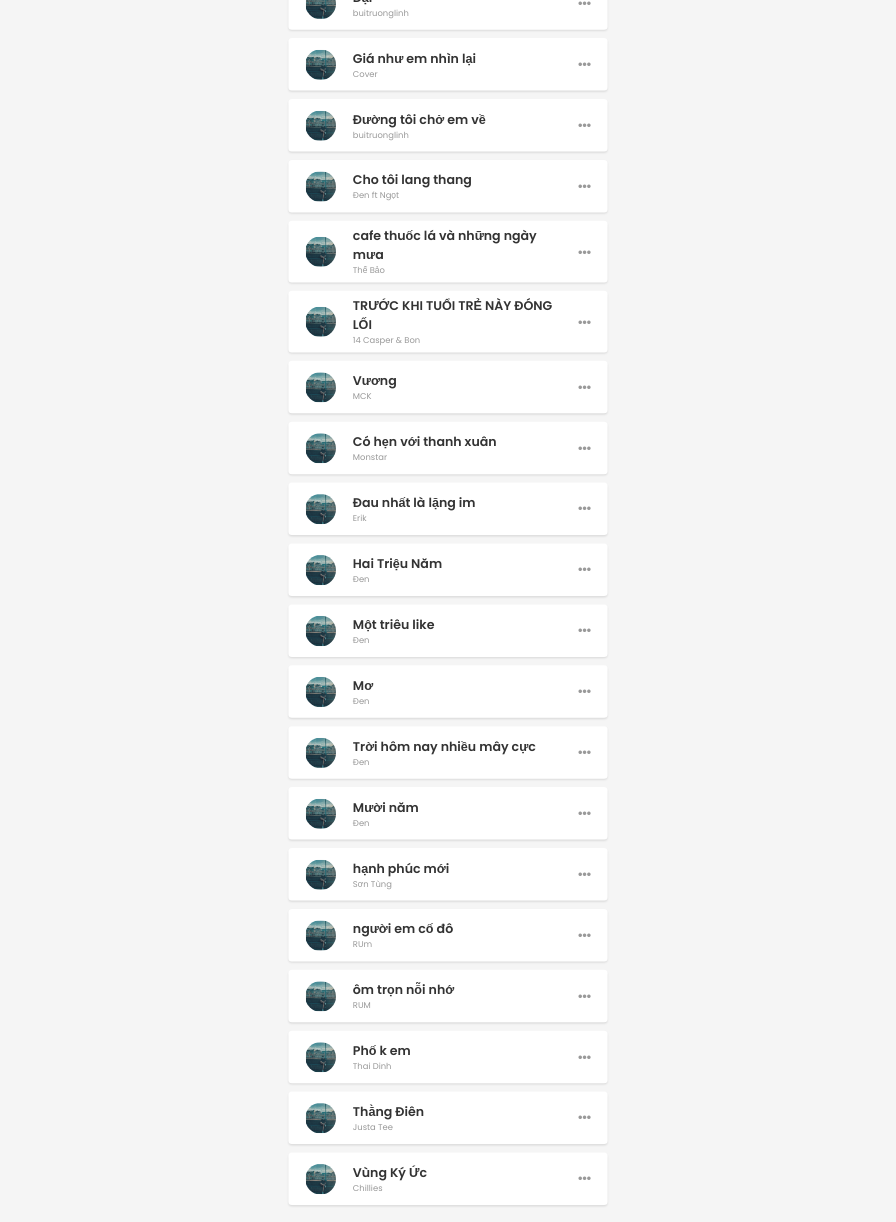
Repository: lt-chinh098406/BIn-Music
Page: index.html
These files come from the project's save history. The page is drawn as it stood at one moment and after the next save; the edit follows.
The browser window is 1280 px wide. The pictures show the part of the page from y = 1148 to 3068 px (the page is 2894 px tall before and 3068 px after), at 70% of full size.

Above is the page before, as saved 2022-03-20 13:53:28.

### index.html
<!DOCTYPE html>
<html lang="en">
  <head>
    <meta charset="UTF-8" />
    <meta http-equiv="X-UA-Compatible" content="IE=edge" />
    <meta name="viewport" content="width=device-width, initial-scale=1.0" />
    <title>Music player</title>
    <link
      rel="stylesheet"
      href="https://cdnjs.cloudflare.com/ajax/libs/font-awesome/5.15.2/css/all.min.css"
      integrity="sha512-HK5fgLBL+xu6dm/Ii3z4xhlSUyZgTT9tuc/hSrtw6uzJOvgRr2a9jyxxT1ely+B+xFAmJKVSTbpM/CuL7qxO8w=="
      crossorigin="anonymous"
    />
    <link rel="preconnect" href="https://fonts.gstatic.com" />
    <link
      href="https://fonts.googleapis.com/css2?family=Poppins:wght@300;400;600&display=swap"
      rel="stylesheet"
    />
    <link rel="stylesheet" href="./assets/main.css" />
  </head>
  <body>
    <body>
      <div class="player">
        <!-- Dashboard -->
        <div class="dashboard">
          <!-- Header -->
          <header>
            <h4>Now playing:</h4>
            <h2>String 57th & 9th</h2>
          </header>

          <!-- CD -->
          <div class="cd">
            <div class="cd-thumb"></div>
          </div>

          <!-- Control -->
          <div class="control">
            <div class="btn btn-repeat">
              <i class="fas fa-redo"></i>
            </div>
            <div class="btn btn-prev">
              <i class="fas fa-step-backward"></i>
            </div>
            <div class="btn btn-toggle-play">
              <i class="fas fa-pause icon-pause"></i>
              <i class="fas fa-play icon-play"></i>
            </div>
            <div class="btn btn-next">
              <i class="fas fa-step-forward"></i>
            </div>
            <div class="btn btn-random">
              <i class="fas fa-random"></i>
            </div>
          </div>

          <input
            id="progress"
            class="progress"
            type="range"
            value="0"
            step="1"
            min="0"
            max="100"
          />

          <audio id="audio" src=""></audio>
        </div>

        <!-- Playlist -->
        <div class="playlist"></div>
      </div>

      <script src="./main.js"></script>
    </body>
  </body>
</html>

### assets/main.css
:root {
  --primary-color: #ec1f55;
  --text-color: #333;
}

* {
  padding: 0;
  margin: 0;
  box-sizing: inherit;
}

body {
  background-color: #f5f5f5;
}

html {
  box-sizing: border-box;
  font-family: "Poppins", sans-serif;
}

.player {
  position: relative;
  max-width: 480px;
  margin: 0 auto;
}

.player .icon-pause {
  display: none;
}

.player.playing .icon-pause {
  display: inline-block;
}

.player.playing .icon-play {
  display: none;
}

.dashboard {
  padding: 16px 16px 14px;
  background-color: #fff;
  position: fixed;
  top: 0;
  width: 100%;
  max-width: 480px;
  border-bottom: 1px solid #ebebeb;
}

/* HEADER */
header {
  text-align: center;
  margin-bottom: 10px;
}

header h4 {
  color: var(--primary-color);
  font-size: 12px;
}

header h2 {
  font-size: 20px;
  background-image: linear-gradient(to right, #f47999, #a5163b);
  color: transparent;
  -webkit-background-clip: text;
}

/* CD */
.cd {
  display: flex;
  margin: auto;
  width: 200px;
}

.cd-thumb {
  width: 100%;
  padding-top: 100%;
  border-radius: 50%;
  background-color: #333;
  background-size: cover;
  margin: auto;
}

/* CONTROL */
.control {
  display: flex;
  align-items: center;
  justify-content: space-around;
  padding: 18px 0 8px 0;
}

.control .btn {
  color: #666;
  padding: 18px;
  font-size: 18px;
  cursor: pointer;
}

.control .btn.active {
  color: var(--primary-color);
}

.control .btn-toggle-play {
  width: 56px;
  height: 56px;
  border-radius: 50%;
  font-size: 24px;
  color: #fff;
  display: flex;
  align-items: center;
  justify-content: center;
  background-color: var(--primary-color);
}

.progress {
  width: 100%;
  -webkit-appearance: none;
  height: 6px;
  background: #d3d3d3;
  outline: none;
  opacity: 0.7;
  -webkit-transition: 0.2s;
  transition: opacity 0.2s;
  cursor: pointer;
}

.progress::-webkit-slider-thumb {
  -webkit-appearance: none;
  appearance: none;
  background-color: var(--primary-color);
  cursor: pointer;
  height: 16px;
  width: 16px;
  border-radius: 100%;
  border: none;
  outline: none;
  z-index: 9;
  position: relative;
}

/* PLAYLIST */
.playlist {
  margin-top: 408px;
  padding: 12px;
}

.song {
  display: flex;
  align-items: center;
  margin-bottom: 12px;
  background-color: #fff;
  padding: 8px 16px;
  border-radius: 5px;
  box-shadow: 0 2px 3px rgba(0, 0, 0, 0.1);
  cursor: pointer;
}

.song.active {
  background-color: var(--primary-color);
}

.song:active {
  opacity: 0.8;
}

.song.active .option,
.song.active .author,
.song.active .title {
  color: #fff;
}

.song .thumb {
  width: 44px;
  height: 44px;
  border-radius: 50%;
  background-size: cover;
  margin: 0 8px;
}

.song .body {
  flex: 1;
  padding: 0 16px;
}

.song .title {
  font-size: 18px;
  color: var(--text-color);
}

.song .author {
  font-size: 12px;
  color: #999;
}

.song .option {
  padding: 16px 8px;
  color: #999;
  font-size: 18px;
}

### main.js
const $ = document.querySelector.bind(document);
const $$ = document.querySelectorAll.bind(document);

const player = $(".player");
const heading = $("header h2");
const cdThumb = $(".cd-thumb");
const audio = $("#audio");
const cd = $(".cd");
const playBtn = $(".btn-toggle-play");
const progress = $("#progress");
const nextBtn = $(".btn-next");
const prevBtn = $(".btn-prev");
const randomBtn = $(".btn-random");
const repeatBtn = $(".btn-repeat");
const playlist = $(".playlist");

const app = {
  currentIndex: 0,
  isPlaying: false,

  songs: [
    {
      name: "'bao tiền một mớ bình yên?'",
      singer: "14 Casper & Bon",
      path: "./assets/music/'bao tiền một mớ bình yên-' - 14 Casper & Bon (Official).mp3",
      image: "./assets/img/5.jpg",
    },
    {
      name: "Chìm Sâu",
      singer: "MCK ft Trung Trần",
      path: "./assets/music/Chìm Sâu - RPT MCK (feat. Trung Trần) - Official Lyrics Video.mp3",
      image: "./assets/img/5.jpg",
    },
    {
      name: "Dịu Dàng Em Đến",
      singer: "Erik",
      path: "./assets/music/Dịu Dàng Em Đến - ERIK x Ryan「Lo - Fi Version by 1 9 6 7」- Official Music Video.mp3",
      image: "./assets/img/5.jpg",
    },
    {
      name: "Dù Cho Mai Về Sau",
      singer: "buitruonglinh",
      path: "./assets/music/Dù Cho Mai Về Sau (Acoustic Version) - buitruonglinh.mp3",
      image: "./assets/img/5.jpg",
    },
    {
      name: "Không Tên",
      singer: "MCK",
      path: "./assets/music/Không Tên -- MCK a.k.a Nger -- Official Lyrics Video.mp3",
      image: "./assets/img/5.jpg",
    },
    {
      name: "Mình Anh Nơi Này",
      singer: "Rum, Nit",
      path: "./assets/music/Mình Anh Nơi Này (Lofi Ver.) - Nit x Sing x Freak D.mp3",
      image: "./assets/img/5.jpg",
    },
    {
      name: "Một mình ta",
      singer: "buitruonglinh",
      path: "./assets/music/Một Mình Ta - buitruonglinh - Lyrics Video -.mp3",
      image: "./assets/img/5.jpg",
    },
    {
      name: "Ngày Đầu Tiên",
      singer: "Đức Phúc",
      path: "./assets/music/Ngày Đầu Tiên (Lofi Ver.) - Đức Phúc x Freak D.mp3",
      image: "./assets/img/5.jpg",
    },
    {
      name: "Dại",
      singer: "buitruonglinh",
      path: "./assets/music/Dại- buitruonglinh ft Tuyên (Lyrics).mp3",
      image: "./assets/img/5.jpg",
    },
    {
      name: "Giá như em nhìn lại",
      singer: "Cover",
      path: "./assets/music/GIÁ NHƯ EM NHÌN LẠI - JSOL x VIRUSS - Cover- Chương Chu.mp3",
      image: "./assets/img/5.jpg",
    },
    {
      name: "Đường tôi chở em về",
      singer: "buitruonglinh",
      path: "./assets/music/LIVE OUTDOOR - buitruonglinh live - Đường Tôi Chở Em Về - #4.mp3",
      image: "./assets/img/5.jpg",
    },
    {
      name: "Cho tôi lang thang",
      singer: "Đen ft Ngọt",
      path: "./assets/music/Ngọt vc. Đen - Cho Tôi Lang Thang.mp3",
      image: "./assets/img/5.jpg",
    },
    {
      name: "cafe thuốc lá và những ngày mưa",
      singer: "Thế Bảo",
      path: "./assets/music/Thế Bảo - Cafe, Thuốc Lá & Những Ngày Vui (Official Lyric Video).mp3",
      image: "./assets/img/5.jpg",
    },
    {
      name: "TRƯỚC KHI TUỔI TRẺ NÀY ĐÓNG LỐI",
      singer: "14 Casper & Bon",
      path: "./assets/music/TRƯỚC KHI TUỔI TRẺ NÀY ĐÓNG LỐI - Ngắn x Xám x Dick - -Đà Lạt- Ep3 ( Directed by Nguyễn Nhật Trung ).mp3",
      image: "./assets/img/5.jpg",
    },
    {
      name: "Vương",
      singer: "MCK",
      path: "./assets/music/Và nếu nắng gió có cuốn em đi, như là lời hứa... - Vương - MCK a.k.a Nger「 Lyric video 」.mp3",
      image: "./assets/img/5.jpg",
    },
    {
      name: "Có hẹn với thanh xuân",
      singer: "Monstar",
      path: "./assets/music/Có Hẹn Với Thanh Xuân - Monstar x Ryan「Lo - Fi Ver. by 1 9 6 7」- Audio Lyrics.mp3",
      image: "./assets/img/5.jpg",
    },
    {
      name: "Đau nhất là lặng im",
      singer: "Erik",
      path: "./assets/music/Đau Nhất Là Lặng Im - Erik x Zeaplee「Lofi Version by 1 9 6 7」- Audio Lyrics Video.mp3",
      image: "./assets/img/5.jpg",
    },
    {
      name: "Hai Triệu Năm",
      singer: "Đen",
      path: "./assets/music/Đen - hai triệu năm ft. Biên (m-v).mp3",
      image: "./assets/img/5.jpg",
    },
    {
      name: "Một triêu like",
      singer: "Đen",
      path: "./assets/music/Đen - một triệu like ft. Thành Đồng (M-V).mp3",
      image: "./assets/img/5.jpg",
    },
    {
      name: "Mơ",
      singer: "Đen",
      path: "./assets/music/Đen - Mơ ft. Hậu Vi (Prod. River Beats) [M-V].mp3",
      image: "./assets/img/5.jpg",
    },
    {
      name: "Trời hôm nay nhiều mây cực",
      singer: "Đen",
      path: "./assets/music/Đen - Trời hôm nay nhiều mây cực! (M-V).mp3",
      image: "./assets/img/5.jpg",
    },
    {
      name: "Mười năm",
      singer: "Đen",
      path: "./assets/music/Đen - Mười Năm ft. Ngọc Linh (M-V) (Lộn Xộn 3).mp3",
      image: "./assets/img/5.jpg",
    },
    {
      name: "hạnh phúc mới",
      singer: "Sơn Tùng",
      path: "./assets/music/Hạnh Phúc Mới (Cover) - Sơn Tùng M-TP x TUYENVU「Lo - Fi Version by 1 9 6 7」- Audio Lyrics.mp3",
      image: "./assets/img/5.jpg",
    },
    {
      name: "người em cố đô",
      singer: "RUm",
      path: "./assets/music/Người Em Cố Đô - Rum x Đaa「Lo - Fi Version by 1 9 6 7」- Audio Lyrics.mp3",
      image: "./assets/img/5.jpg",
    },
    {
      name: "ôm trọn nỗi nhớ",
      singer: "RUM",
      path: "./assets/music/Ôm Trọn Nỗi Nhớ - Rum x Dứa「Lo - Fi Version by 1 9 6 7」- Official Video.mp3",
      image: "./assets/img/5.jpg",
    },
    {
      name: "Phố k em",
      singer: "Thai Dinh",
      path: "./assets/music/Phố Không Em - Thai Dinh - Official Audio - 2016.mp3",
      image: "./assets/img/5.jpg",
    },
    {
      name: "Thằng Điên",
      singer: "Justa Tee",
      path: "./assets/music/THẰNG ĐIÊN - JUSTATEE x PHƯƠNG LY - OFFICIAL MV.mp3",
      image: "./assets/img/5.jpg",
    },
    {
      name: "Vùng Ký Ức",
      singer: "Chillies",
      path: "./assets/music/Vùng Ký Ức - Chillies (Official Music Video).mp3",
      image: "./assets/img/5.jpg",
    },
  ],

  render: function () {
    const htmls = this.songs.map((song, index) => {
      return `
        <div class="song ${
          index === this.currentIndex ? "active" : ""
        }" data-index="${index}">
          <div class="thumb" style="background-image: url('${song.image}')">
          </div>
          <div class="body">
            <h3 class="title">${song.name}</h3>
            <p class="author">${song.singer}</p>
          </div>
          <div class="option">
            <i class="fas fa-ellipsis-h"></i>
          </div>
        </div>
      `;
    });
    playlist.innerHTML = htmls.join("");
  },

  defineProperties: function () {
    Object.defineProperty(this, "currentSong", {
      get: function () {
        return this.songs[this.currentIndex];
      },
    });
  },

  handleEvents: function () {
    const _this = this;
    const cdWidth = cd.offsetWidth;

    // Xử lý CD rotate
    const cdThumbAnimate = cdThumb.animate([{ transform: "rotate(360deg)" }], {
      duration: 30000, // 10s
      iterations: Infinity,
    });
    cdThumbAnimate.pause();

    // Xử lý scroll cd
    document.onscroll = function () {
      const scrollTop = window.scrollY || document.documentElement.scrollTop;

      const newCdWidth = cdWidth - scrollTop;

      cd.style.width = newCdWidth > 0 ? newCdWidth + "px" : 0; // fix bug
      cd.style.opacity = newCdWidth / cdWidth; // opacity when scroll
    };

    // Xử lý play
    playBtn.onclick = function () {
      if (_this.isPlaying) {
        audio.pause();
      } else {
        audio.play();
      }
    };

    // Khi song được play
    audio.onplay = function () {
      _this.isPlaying = true;
      player.classList.add("playing");
      cdThumbAnimate.play();
    };

    // Khi song bị pause
    audio.onpause = function () {
      _this.isPlaying = false;
      player.classList.remove("playing");
      cdThumbAnimate.pause();
    };

    // khi tiến độ bài hát thay đổi
    audio.ontimeupdate = function () {
      if (audio.duration) {
        const progressPercent = Math.floor(
          (audio.currentTime / audio.duration) * 100
        );
        progress.value = progressPercent;
      }
    };

    //seek
    progress.oninput = function (e) {
      const seekTime = (audio.duration / 100) * e.target.value;
      audio.currentTime = seekTime;
    };

    // Khi next/prev song
    nextBtn.onclick = function () {
      if (randomBtn.classList.contains("active")) {
        _this.playRandomSong();
      } else {
        _this.nextSong();
      }
      // cdThumb.style.transform = 'rotate(0)'
      audio.play();
      _this.activeSong();
      _this.scrollToActiveSong();
    };
    prevBtn.onclick = function () {
      if (randomBtn.classList.contains("active")) {
        _this.playRandomSong();
      } else {
        _this.nextSong();
      }
      // cdThumb.style.transform = 'rotate(0)'
      audio.play();
      _this.activeSong();
      _this.scrollToActiveSong();
    };

    // Random song
    randomBtn.onclick = function () {
      randomBtn.classList.toggle("active");
      repeatBtn.classList.remove("active");
    };

    // Repeat song
    repeatBtn.onclick = function () {
      repeatBtn.classList.toggle("active");
      randomBtn.classList.remove("active");
    };

    // Xử lý nextsong khi audio ended
    audio.onended = function () {
      if (repeatBtn.classList.contains("active")) {
        audio.play();
      } else {
        nextBtn.click();
      }
    };

    // Lắng nghe click vào playlist
    playlist.onclick = function (e) {
      const songNode = e.target.closest(".song:not(.active)");
      // if (songNode || e.target.closest('option')) {
      if (songNode && !e.target.closest("option")) {
        const newIndex = songNode.getAttribute("data-index");
        _this.currentIndex = newIndex;
        _this.loadCurrentSong();
        _this.activeSong();
        audio.play();
      }
      // }
    };
  },

  loadCurrentSong: function () {
    heading.textContent = this.currentSong.name;
    cdThumb.style.backgroundImage = `url('${this.currentSong.image}')`;
    audio.src = this.currentSong.path;
  },

  nextSong: function () {
    this.currentIndex++;
    if (this.currentIndex >= this.songs.length) {
      this.currentIndex = 0;
    }
    this.loadCurrentSong();
  },

  prevSong: function () {
    if (this.currentIndex != 0) {
      this.currentIndex--;
    } else {
      this.currentIndex = this.songs.length - 1;
    }
    this.loadCurrentSong();
  },

  playRandomSong: function () {
    let newIndex;
    do {
      newIndex = Math.floor(Math.random() * this.songs.length);
    } while (newIndex === this.currentIndex);

    this.currentIndex = newIndex;
    this.loadCurrentSong();
  },

  activeSong: function () {
    var loopSongs = $$(".song");
    for (song of loopSongs) {
      song.classList.remove("active");
    }
    const activeSong = loopSongs[this.currentIndex];
    activeSong.classList.add("active");
  },

  scrollToActiveSong: function () {
    setTimeout(() => {
      if (this.currentIndex < 3) {
        $(".song.active").scrollIntoView({
          behavior: "smooth",
          block: "end",
        });
      } else {
        $(".song.active").scrollIntoView({
          behavior: "smooth",
          block: "nearest",
        });
      }
    }, 300);
  },

  start: function () {
    // Định nghĩa các thuộc tính cho Object
    this.defineProperties();

    // Lắng nghe / xử lý các event
    this.handleEvents();

    // tải thông tin bài hát đầu tiên vào UI khi chạy ứng dụng
    this.loadCurrentSong();

    // render playlist
    this.render();
  },
};

app.start();

After the next save:
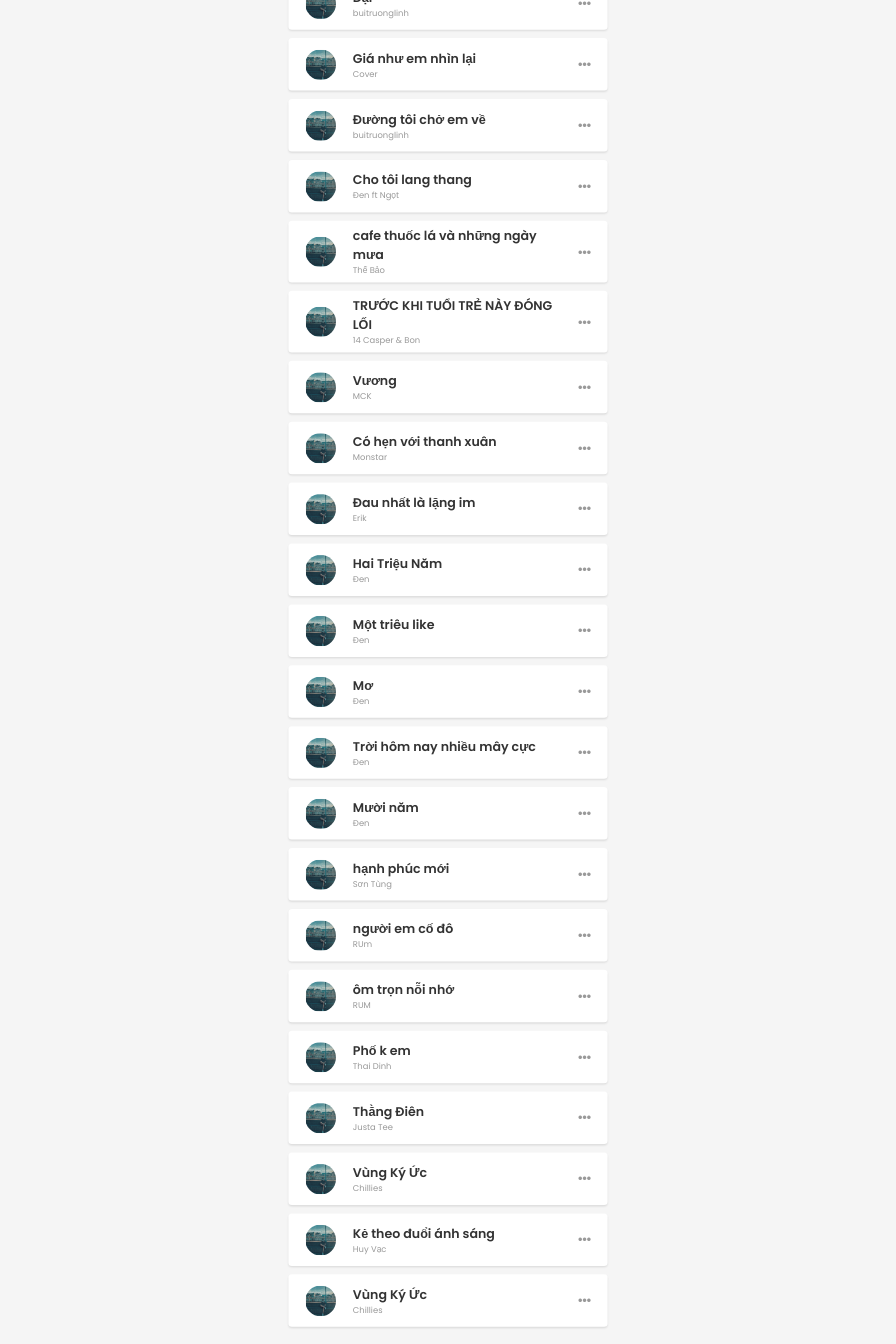
Saved 71 s later.
--- a/main.js
+++ b/main.js
@@ -179,6 +179,18 @@ const app = {
       name: "Thằng Điên",
       singer: "Justa Tee",
       path: "./assets/music/THẰNG ĐIÊN - JUSTATEE x PHƯƠNG LY - OFFICIAL MV.mp3",
+      image: "./assets/img/5.jpg",
+    },
+    {
+      name: "Vùng Ký Ức",
+      singer: "Chillies",
+      path: "./assets/music/Vùng Ký Ức - Chillies (Official Music Video).mp3",
+      image: "./assets/img/5.jpg",
+    },
+    {
+      name: "Kẻ theo đuổi ánh sáng",
+      singer: "Huy Vạc",
+      path: "./assets/music/Vùng Ký Ức - Chillies (Official Music Video).mp3",
       image: "./assets/img/5.jpg",
     },
     {
